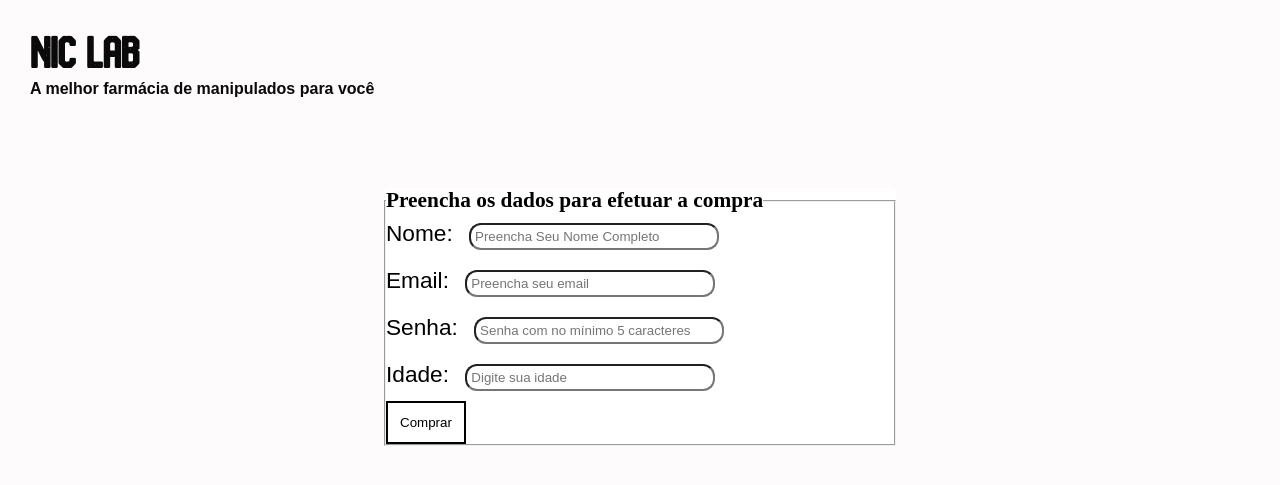
Repository: Leonngc/Lab
Page: comprar.html
An editor plug-in stored every save of this project. The page is shown before and after the next save, followed by the edit.
The browser window is 1280 px wide. The pictures show the whole page.

Above is the page before, as saved 2022-12-30 12:37:39.

After the next save:
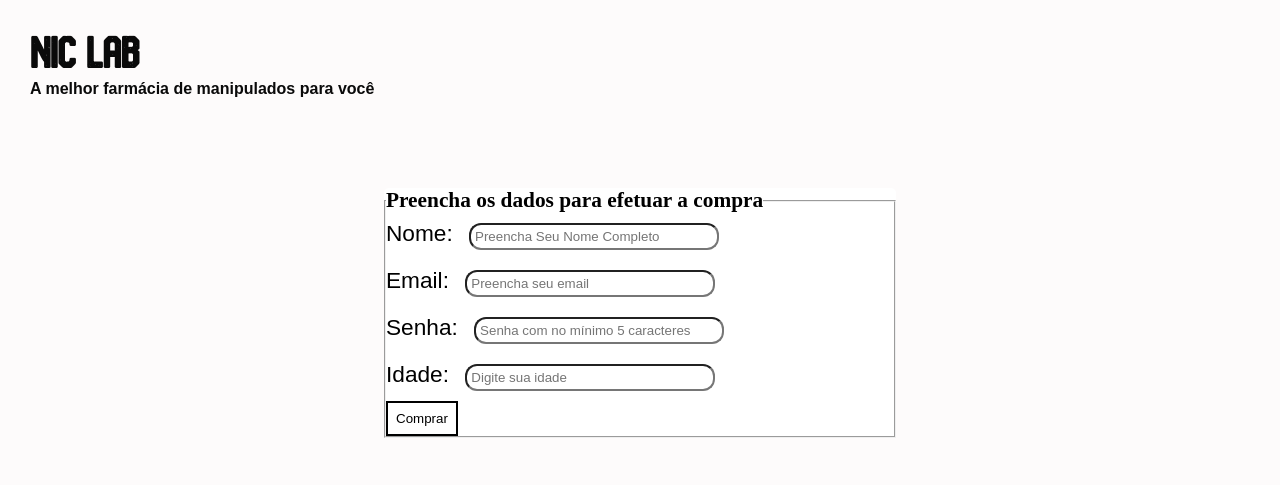
Saved 6 s later.
--- a/styles/pag-compra.css
+++ b/styles/pag-compra.css
@@ -50,7 +50,7 @@ legend{
 #compra{
     background-color: #ffffff;
     border: 2px black solid;
-    padding: 12px;
+    padding: 8px;
 }
 
 input#nome{
